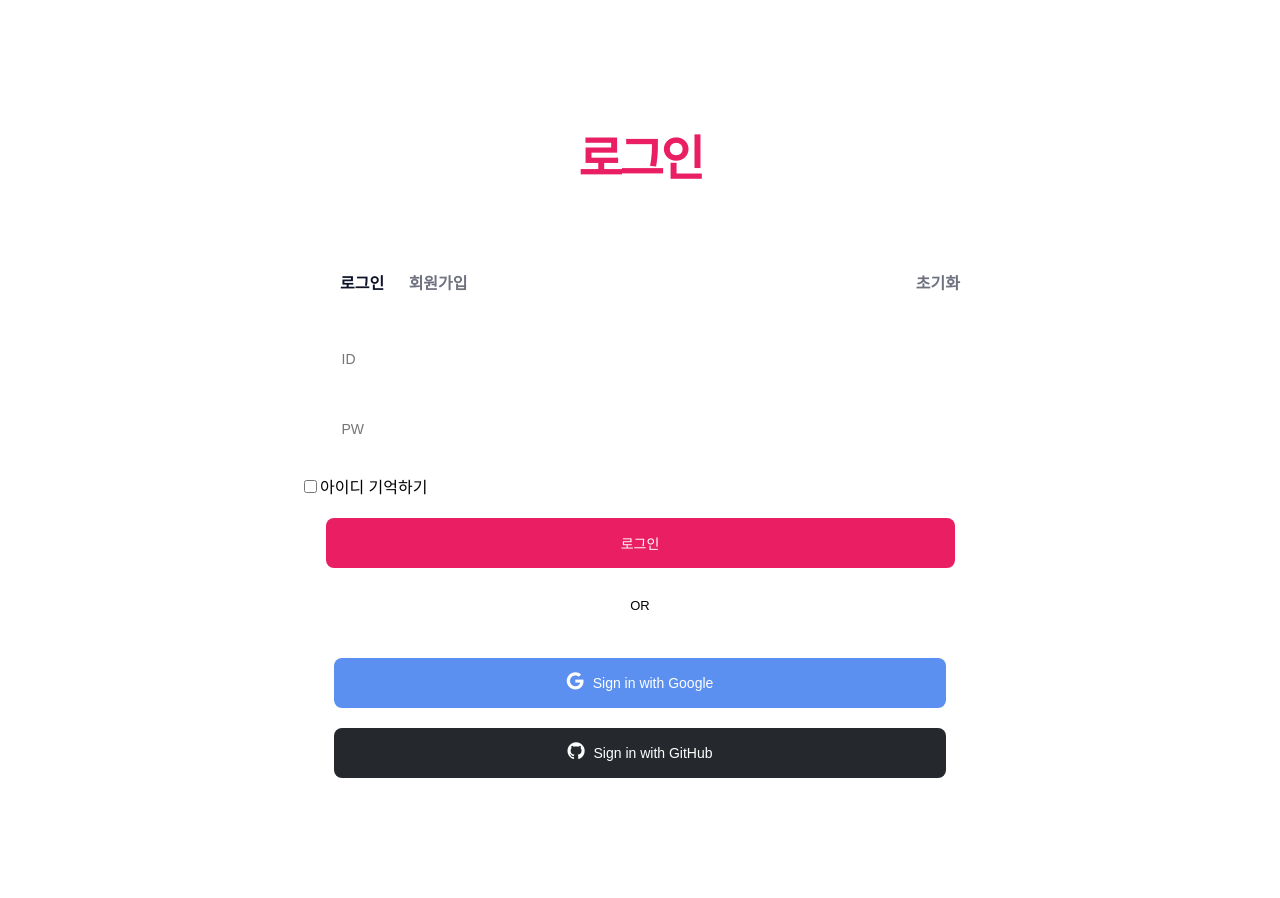
Repository: min7385/2025_moaLook_project
Page: http://localhost/moaLook/WEB-INF/views/member/registView.jsp
The author's editor kept a copy of each file at every save. The page is drawn from the files as they stood at one save, then again after the next save.
The browser window is 1280 px wide. The pictures show the whole page.
The page is served by Tomcat 9. Nobody is signed in. Other server files are loaded and not shown. The template is opened directly, without the code that normally fills it, so the values that code supplies are empty.

Above is the page before, as saved 2025-04-11 07:56:40.

### moaLook/src/main/webapp/WEB-INF/views/member/registView.jsp
<%--
/**
 * <pre>
 * 1. 프로젝트명 : moa Look
 * 2. 작성일 : 2025. 4. 8. 오후 12:52:07
 * 3. 작성자 : Kmh
 * 4. 화면ID :
 * 5. 화면명 : 회원가입 화면
 * 6. 설명 : 회원가입 화면
 * </pre>
 */
--%>
<%@ taglib uri="http://java.sun.com/jsp/jstl/core" prefix="c" %>
<%@ page language="java" contentType="text/html; charset=UTF-8" pageEncoding="UTF-8"%>
<!DOCTYPE html>
<html>
<head>
	<meta charset="UTF-8">
	<title>회원가입</title>

	<script src="https://code.jquery.com/jquery-3.6.0.min.js"></script>
	<!-- 정적 리소스 연결 (CSS 등) -->
 	<link rel="stylesheet" href="${pageContext.request.contextPath}/resources/css/registView.css">
  	<link rel="stylesheet" href="https://cdnjs.cloudflare.com/ajax/libs/font-awesome/4.7.0/css/font-awesome.min.css">

</head>
<body>
	<div class="container">
		<!-- Heading -->
		<h1>로그인</h1>

		<!-- Links -->
		<ul class="links">
			<li><a href="#" id="signin">로그인</a></li>
			<li><a href="#" id="signup">회원가입</a></li>
			<li><a href="#" id="reset">초기화</a></li>
		</ul>

		<!-- Form -->
		<form action="${pageContext.request.contextPath}/loginDo" method="post">
			<!-- id input -->
			<div class="first-input input__block first-input__block">
				<input type="text" placeholder="ID" class="input" id="id" name="memId" required value="${cookie.rememberId.value}" />
			</div>
			<!-- password input -->
			<div class="input__block">
				<input type="password" placeholder="PW" class="input" id="pw" name="memPw" required />
			</div>
			<!-- password input -->
			<div class="form-floating mb-3">
				<input class="form-check-input" id="remember" name="remember" type="checkbox"${cookie.rememberId.value == null? "" : "checked"} />아이디 기억하기
			</div>
			<!-- repeat password input -->
			<div class="input__block">
				<input type="text" placeholder="닉네임" class="input" id="name" name="name" style="display: none; opacity: 0;" />
			</div>
			<!-- sign in button -->
			<button type="submit" class="signin__btn">로그인</button>
		</form>

		<!-- separator -->
		<div class="separator">
			<p>OR</p>
		</div>

		<!-- social buttons -->
		<button class="google__btn">
			<i class="fa fa-google"></i>
			Sign in with Google
		</button>
		<button class="github__btn">
			<i class="fa fa-github"></i>
			Sign in with GitHub
		</button>
	</div>

	<!-- JS 파일 -->
	<script src="${pageContext.request.contextPath}/resources/js/registView.js"></script>

</body>
</html>

### moaLook/src/main/webapp/resources/css/registView.css
@charset "UTF-8";
body{
  font-family: 'Montserrat', sans-serif;
  background:white;
}

.container{
  display:block;
  max-width:680px;
  width:80%;
  margin:120px auto;
}

h1{
  color:#e91e63;
  font-size:48px;
  letter-spacing:-3px;
  text-align:center;
  margin:120px 0 80px 0 ;
  transition:.2s linear;
}

.links{
  list-style-type:none;
  li{
     display:inline-block;
     margin:0 20px 0 0;
     transition:.2s linear;
     &:nth-child(2){
        opacity : .6;
        &:hover{
           opacity : 1;
        }
     }
     &:nth-child(3){
        opacity : .6;
        float:right;
         &:hover{
           opacity : 1;
         }
     }
     a{
        text-decoration:none;
        color:#0f132a;
        font-weight:bolder;
        text-align:center;
        cursor : pointer;
     }
   }
}


form{
  width:100%;
  max-width:680px;
  margin:40px auto 10px;
  .input__block{
     margin:20px auto;
     display:block;
     position:relative;
     &.first-input__block{
        &::before{
          content:"";
          position:absolute;
          top:-15px;
          left:50px;
          display:block;
          width:0;
          height:0;
        background:transparent;
          border-left:15px solid transparent;
          border-right:15px solid transparent;
          border-bottom:15px solid rgba(#0f132a,.1);
          transition:.2s linear;
        }
     }
     &.signup-input__block{
      &::before{
        content:"";
        position:absolute;
        top:-15px;
        left:150px;
        display:block;
        width:0;
        height:0;
        background:transparent;
        border-left:15px solid transparent;
        border-right:15px solid transparent;
        border-bottom:15px solid rgba(#0f132a,.1);
        transition:.2s linear;
        }
     }
     input{
        display:block;
        width:90%;
        max-width:680px;
        height:50px;
        margin:0 auto;
        border-radius:8px;
        border:none;
        background: rgba(#0f132a,.1);
        color : rgba(#0f132a,.3);
        padding:0 0 0 15px;
        font-size:14px;
        font-family: 'Montserrat', sans-serif;
        &:focus,
        &:active{
          outline:none;
          border:none;
          color : rgba(#0f132a,1);
        }
       &.repeat__password{
         opacity : 0;
         display : none;
         transition:.2s linear;
       }
     }
  }

  .signin__btn{
     background:#e91e63;
     color:white;
     display:block;
     width:92.5%;
     max-width:680px;
     height:50px;
     border-radius:8px;
     margin:0 auto;
     border:none;
     cursor:pointer;
     font-size:14px;
     font-family: 'Montserrat', sans-serif;
     box-shadow:0 15px 30px rgba(#e91e63,.36);
    transition:.2s linear;
    &:hover{
      box-shadow:0 0 0 rgba(#e91e63,.0);
    }
  }
}

.separator{
  display:block;
  margin:30px auto 10px;
  text-align:center;
  height:40px;
  position:relative;
  background:transparent;
  color: rgba(#0f132a,.4);
  font-size:13px;
  width:90%;
  max-width:680px;
  &::before{
    content:"";
    position:absolute;
    top:8px;
    left:0;
    background: rgba(#0f132a,.2);
    height:1px;
    width:45%;
  }
  &::after{
    content:"";
    position:absolute;
    top:8px;
    right:0;
    background: rgba(#0f132a,.2);
    height:1px;
    width:45%;
  }
}

.google__btn,
.github__btn{
   display:block;
   width:90%;
   max-width:680px;
   margin:20px auto;
   height:50px;
   cursor:pointer;
   font-size:14px;
   font-family: 'Montserrat', sans-serif;
   border-radius:8px;
   border:none;
   line-height:40px;
   &.google__btn{
      background:#5b90f0;
      color:white;
      box-shadow:0 15px 30px rgba(#5b90f0,.36);
      transition:.2s linear;
      .fa{
          font-size:20px;
          padding:0 5px 0 0 ;
      }
     &:hover{
       box-shadow:0 0 0 rgba(#5b90f0,.0);
     }
   }
   &.github__btn{
      background:#25282d;
      color:white;
      box-shadow:0 15px 30px rgba(#25282d,.36);
      transition:.2s linear;
      .fa{
          font-size:20px;
          padding:0 5px 0 0 ;
      }
     &:hover{
       box-shadow:0 0 0 rgba(#25282d,.0);
     }
   }
}

footer{
  p{
    text-align:center;
    .fa{
      color: #e91e63;
    }
    a{
      text-decoration:none;
      font-size:17px;
      margin:0 5px;
      .fa-facebook{
         color:#3b5998;
      }
      .fa-twitter{
         color:#1da1f2;
      }
      .fa-instagram{
        color:#f77737;
      }
      .fa-linkedin{
        color:#0077b5;
      }
      .fa-behance{
        color:#1769ff;
      }
    }

  }
}

Loaded but not shown: moaLook/src/main/webapp/resources/js/registView.js (no copy from this time; the picture is the same without it)

After the next save:
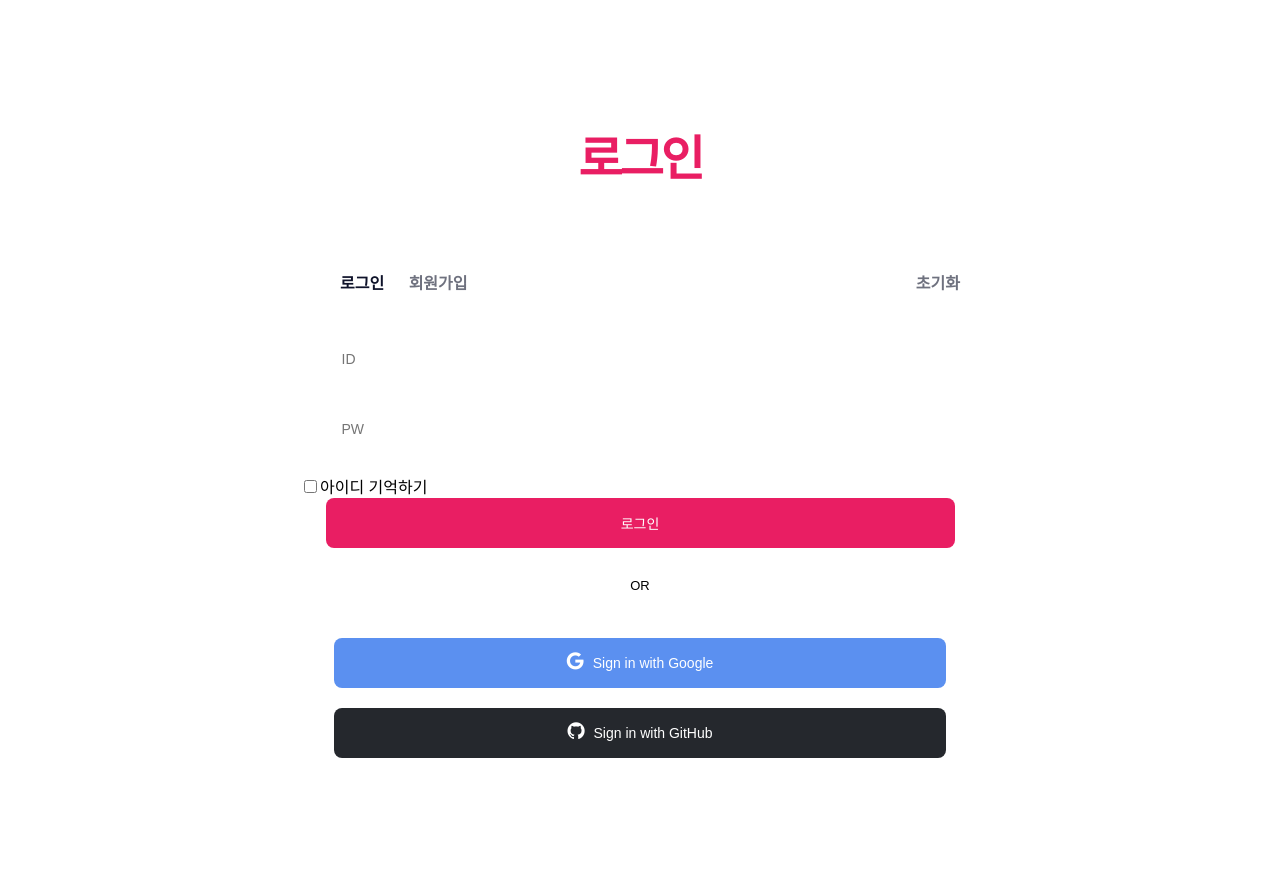
Saved 5 min 0 s later.
--- a/moaLook/src/main/webapp/WEB-INF/views/member/registView.jsp
+++ b/moaLook/src/main/webapp/WEB-INF/views/member/registView.jsp
@@ -46,13 +46,13 @@
 			<div class="input__block">
 				<input type="password" placeholder="PW" class="input" id="pw" name="memPw" required />
 			</div>
-			<!-- password input -->
-			<div class="form-floating mb-3">
-				<input class="form-check-input" id="remember" name="remember" type="checkbox"${cookie.rememberId.value == null? "" : "checked"} />아이디 기억하기
-			</div>
 			<!-- repeat password input -->
 			<div class="input__block">
 				<input type="text" placeholder="닉네임" class="input" id="name" name="name" style="display: none; opacity: 0;" />
+			</div>
+			<!-- password remember checkbox -->
+			<div class="form-floating mb-3">
+				<input class="form-check-input" id="remember" name="remember" type="checkbox"${cookie.rememberId.value == null? "" : "checked"} />아이디 기억하기
 			</div>
 			<!-- sign in button -->
 			<button type="submit" class="signin__btn">로그인</button>
